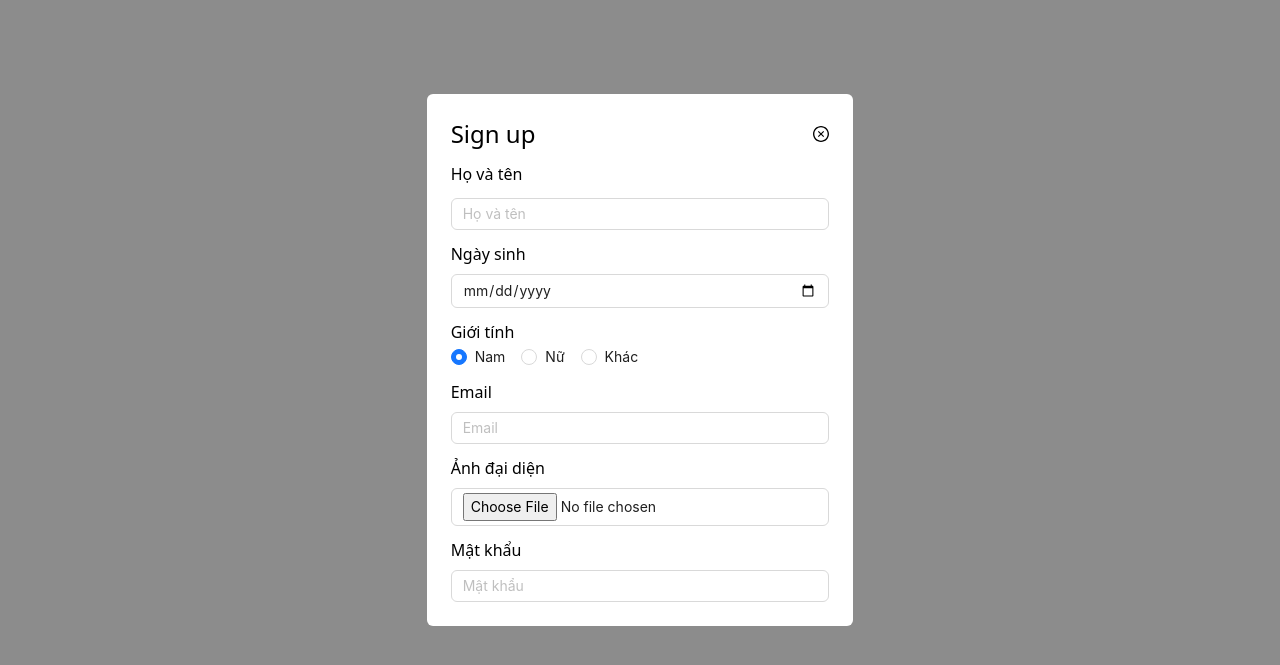
Repository: TinhTT336/MD02_Session14
Page: / (app in client/)
These files come from the project's save history. The page is drawn as it stood at one moment and after the next save; the edit follows.
The browser window is 1280 px wide. The pictures show the whole page.
The project was rebuilt for these pictures with package versions that can differ from the ones it lists, and the page was loaded fresh each time. Also part of the build but not shown: client/vite.config.js, client/src/firebase/configFirebase.js, client/src/components/UploadSingleFile.jsx, client/src/components/register/register.css, client/src/components/register/Register.jsx, client/src/components/register/RegisterWithImg.jsx.

Above is the page before, as saved 2023-09-14 14:23:56.

After the next save:
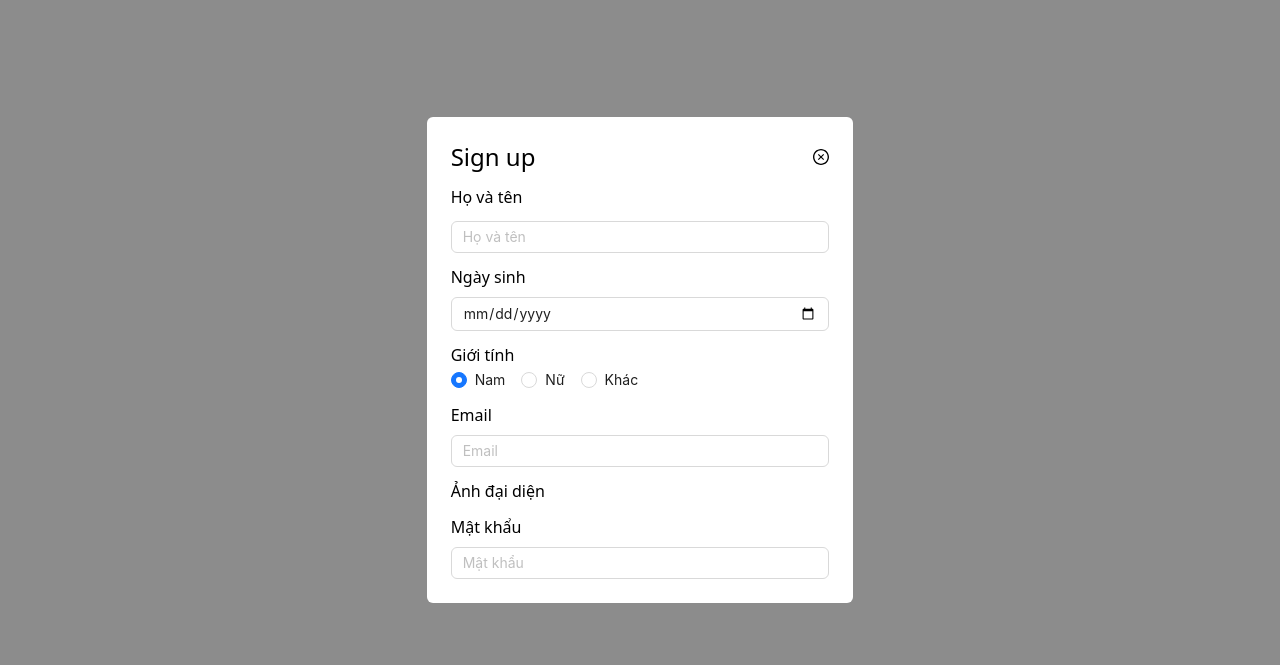
Saved 28 s later.
--- a/client/src/components/signup/Signup.jsx
+++ b/client/src/components/signup/Signup.jsx
@@ -39,7 +39,7 @@ export default function Signup() {
                     </div>
                     <div className='mt-3'>
                         <label htmlFor="avatar">Ảnh đại diện</label>
-                        <Input placeholder="Avatar" className='mt-2' name='avatar' id='avatar' type='file' />
+
                     </div>
                     <div className='mt-3'>
                         <label htmlFor="password">Mật khẩu</label>
